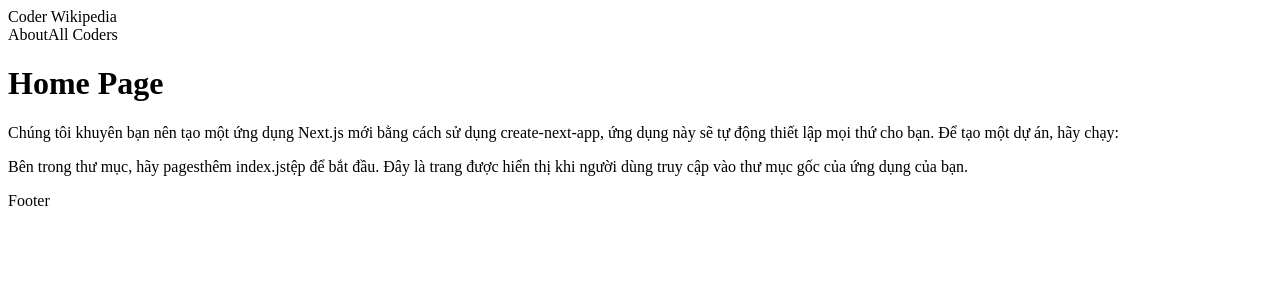
Repository: DuckyNumberONS/H-c-Next-Js
Page: / (app in my-app/)
These files come from the project's save history. The page is drawn as it stood at one moment and after the next save; the edit follows.
The browser window is 1280 px wide. The pictures show the whole page.
Some web fonts or font styles are not loaded; a fallback is used. The project was rebuilt for these pictures with package versions that can differ from the ones it lists, and the page was loaded fresh each time. The framework's server and built-in components were replaced by stand-ins that run in the browser. Also part of the build but not shown: my-app/next.config.js.

Above is the page before, as saved 2022-09-22 09:06:36.

After the next save:
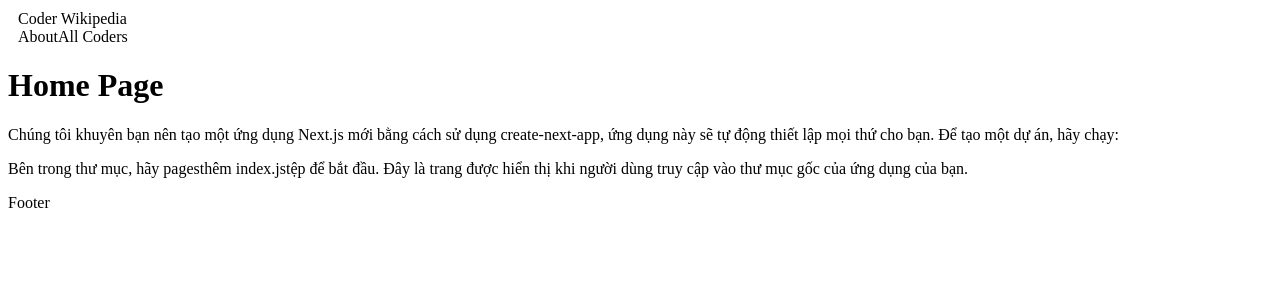
Saved 5 s later.
--- a/my-app/styles/globals.css
+++ b/my-app/styles/globals.css
@@ -9,5 +9,5 @@ a{
   text-decoration: none;
 }
 nav{
-  ma
+  margin: 10px ;
 }
